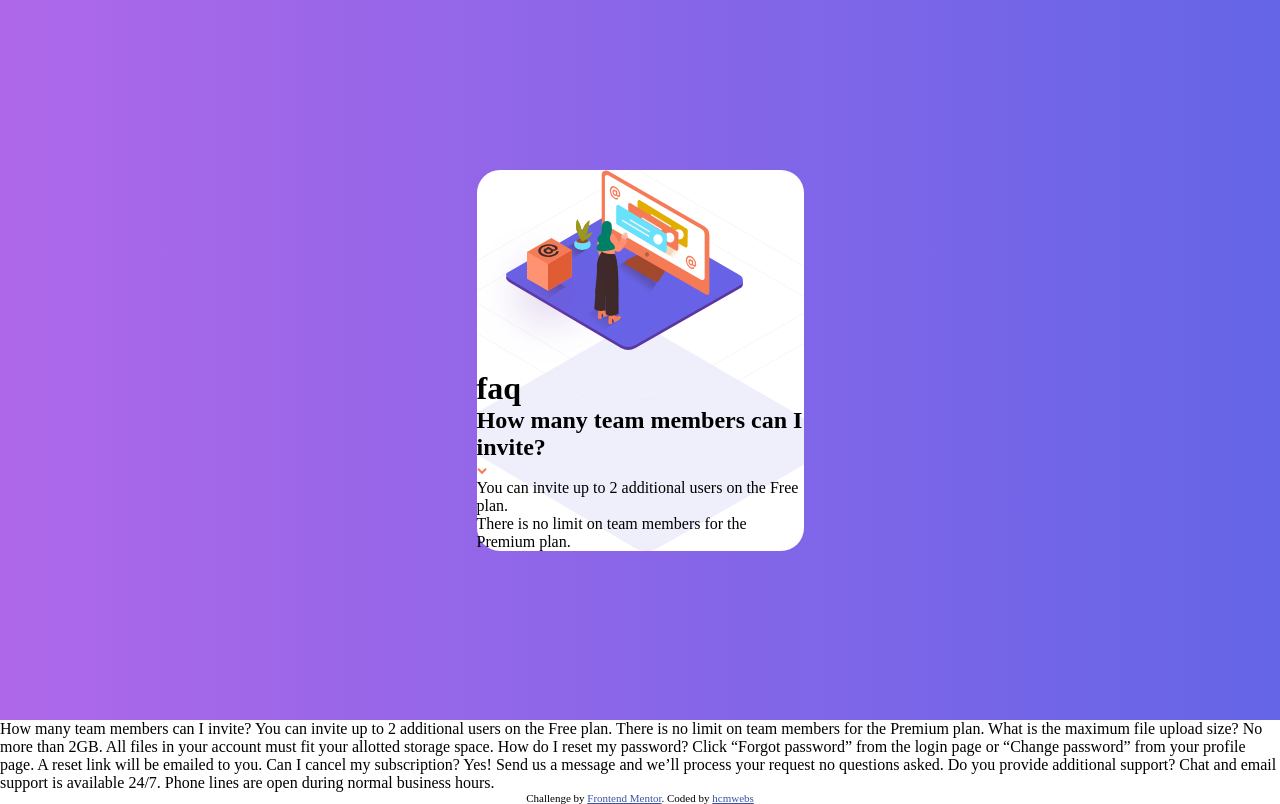
Repository: Hcmwebs/faq-accordion-card
Page: index.html
The author's editor kept a copy of each file at every save. The page is drawn from the files as they stood at one save, then again after the next save.
The browser window is 1280 px wide. The pictures show the whole page.
The style sheet was rebuilt from its Sass, Less or Tailwind sources for each picture, by a compiler version that may differ from the author's.

Above is the page before, as saved 2020-11-05 13:19:55.

After the next save:
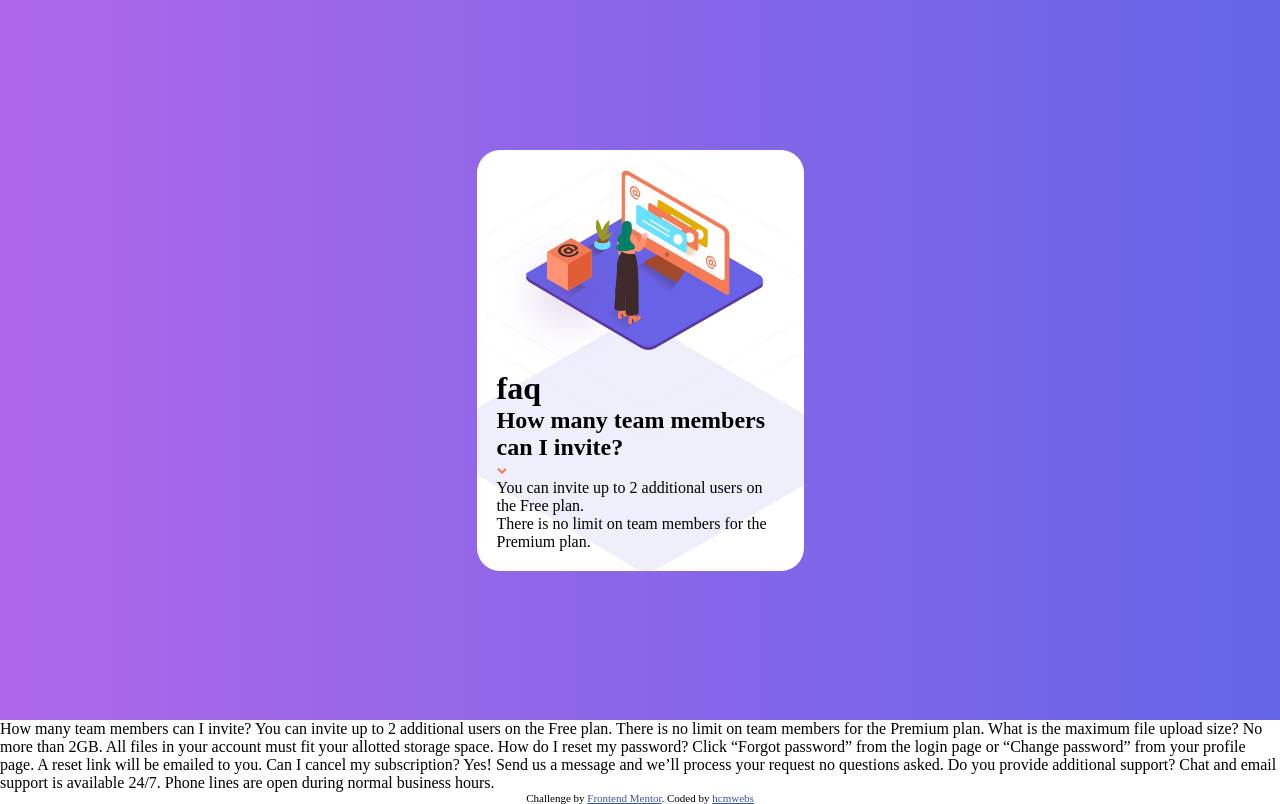
Saved 19 s later.
--- a/scss/main.scss
+++ b/scss/main.scss
@@ -62,7 +62,8 @@ font-weight: $font-light;
     background-repeat: no-repeat;
     background-position: center center;
     background-color: #fff;
-    border-radius:23px ;
+    border-radius:23px;
+    padding: 20px;
 
 
 
